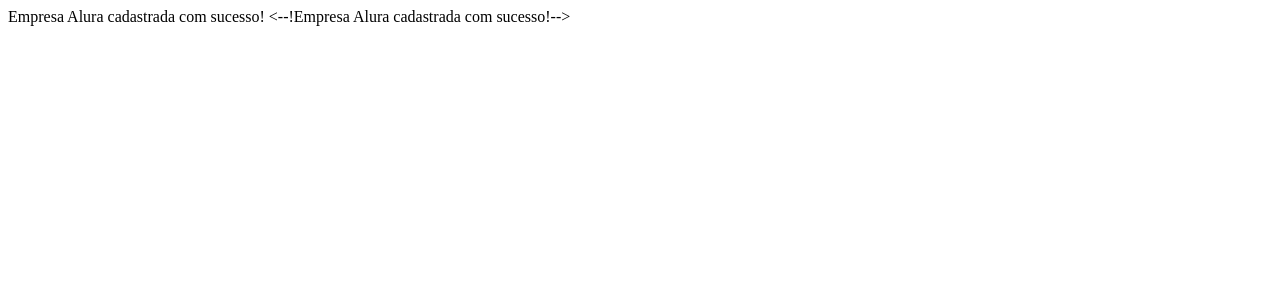
Repository: scaziti/java-spring
Page: http://localhost/gerenciador/novaEmpresaCriada.jsp
The author's editor kept a copy of each file at every save. The page is drawn from the files as they stood at one save, then again after the next save.
The browser window is 1280 px wide. The pictures show the whole page.
The page is served by Tomcat 9. Other server files are loaded and not shown.

Above is the page before, as saved 2021-06-01 18:04:39.

### gerenciador/WebContent/novaEmpresaCriada.jsp
<%
String nomeEmpresa = "Alura";
System.out.println(nomeEmpresa);

%>

<!DOCTYPE html>
<html>
<body>
	Empresa <%= nomeEmpresa%> cadastrada com sucesso!
	<--!Empresa <% out.println(nomeEmpresa); %> cadastrada com sucesso!-->
</body>
</hmtl>

After the next save:
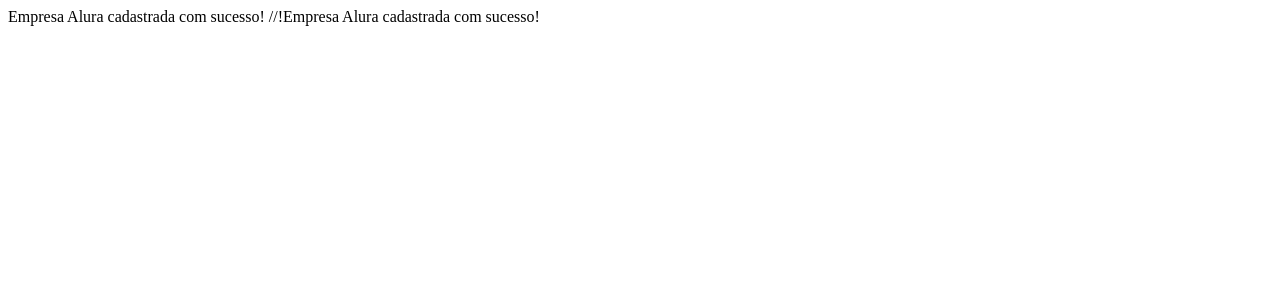
Saved 22 s later.
--- a/gerenciador/WebContent/novaEmpresaCriada.jsp
+++ b/gerenciador/WebContent/novaEmpresaCriada.jsp
@@ -8,6 +8,6 @@
 <html>
 <body>
 	Empresa <%= nomeEmpresa%> cadastrada com sucesso!
-	<--!Empresa <% out.println(nomeEmpresa); %> cadastrada com sucesso!-->
+	//!Empresa <% out.println(nomeEmpresa); %> cadastrada com sucesso!
 </body>
 </hmtl>
